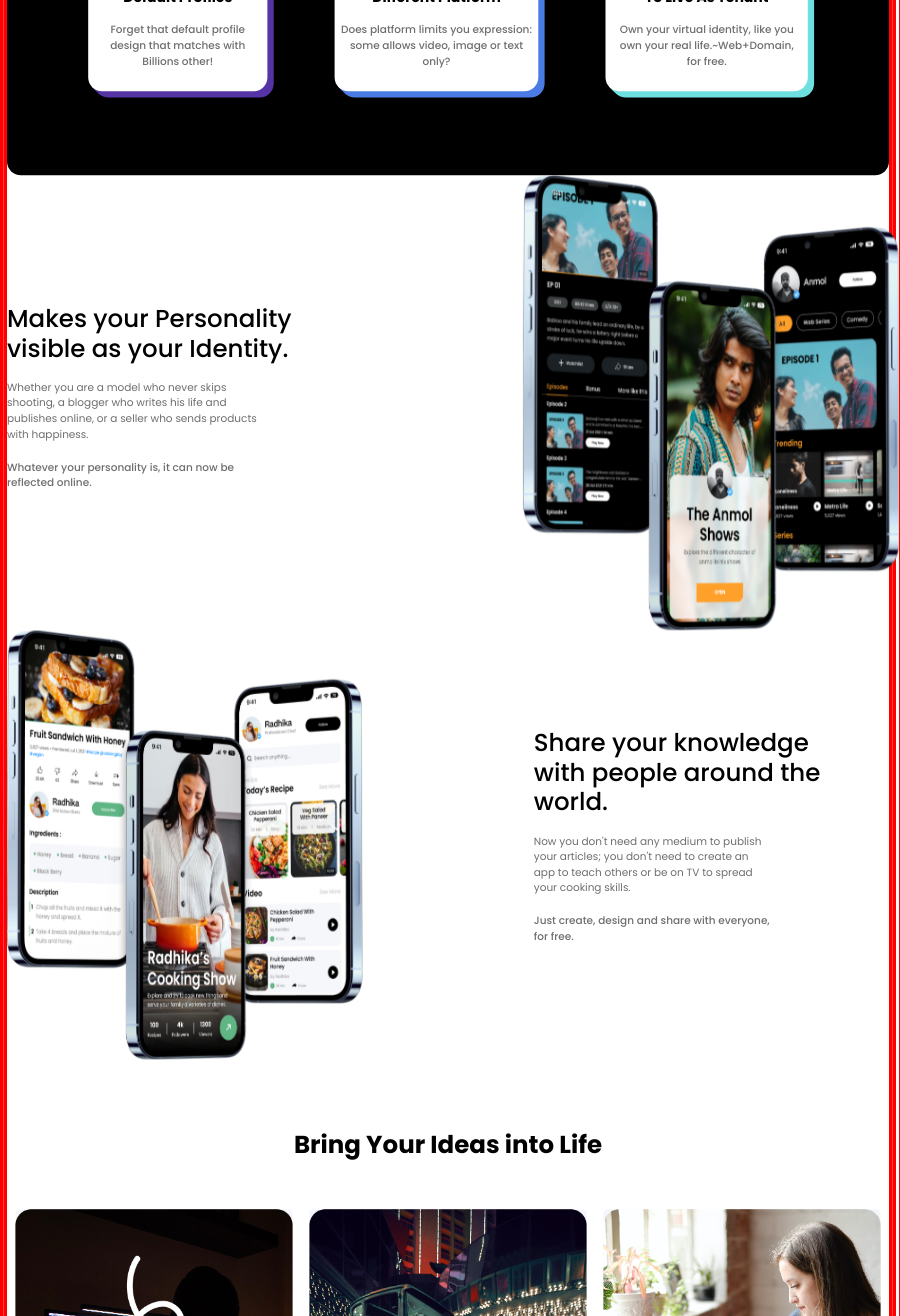
Repository: itsmesikandar/swavy.in.github.io
Page: index.html
These files come from the project's save history. The page is drawn as it stood at one moment and after the next save; the edit follows.
The browser window is 1280 px wide. The page is 1285 px wide, so the pictures cover 1285 px, including what lies to the right of the window. The pictures show the part of the page from y = 1209 to 3089 px (the page is 4958 px tall), at 70% of full size.

Above is the page before, as saved 2023-02-22 23:22:53.
Console error: TypeError: Cannot read properties of undefined (reading 'fn')

### index.html
<!DOCTYPE html>
<html lang="en">
<head>
  <title>Swavy</title>

  <meta charset="UTF-8">
  <meta name="viewport" content="width=device-width, initial-scale=1.0">
  <meta http-equiv="X-UA-Compatible" content="ie=edge">
  <link rel="stylesheet" href="vendors/owl-carousel/css/owl.carousel.min.css">
  <link rel="stylesheet" href="vendors/owl-carousel/css/owl.theme.default.css">
  <link rel="stylesheet" href="vendors/mdi/css/materialdesignicons.min.css">
  <link rel="stylesheet" href="vendors/aos/css/aos.css">
  <link rel="stylesheet" href="css/style.min.css">
  <link rel="stylesheet" href="css/style.css">
  <link rel="stylesheet"
        href="https://cdnjs.cloudflare.com/ajax/libs/OwlCarousel2/2.3.4/assets/owl.carousel.min.css"
        integrity="sha512-tS3S5qG0BlhnQROyJXvNjeEM4UpMXHrQfTGmbQ1gKmelCxlSEBUaxhRBj/EFTzpbP4RVSrpEikbmdJobCvhE3g=="
        crossorigin="anonymous" />
  <link rel="stylesheet"
        href="https://cdnjs.cloudflare.com/ajax/libs/OwlCarousel2/2.3.4/assets/owl.theme.default.min.css"
        integrity="sha512-sMXtMNL1zRzolHYKEujM2AqCLUR9F2C4/05cdbxjjLSRvMQIciEPCQZo++nk7go3BtSuK9kfa/s+a4f4i5pLkw=="
        crossorigin="anonymous" />

</head>
<body id="body" data-spy="scroll" data-target=".navbar" data-offset="100">
  <header id="header-section">
    <nav class="navbar navbar-expand-lg pl-3 pl-sm-0 py-4" id="navbar">
    <div class="container">
      <div class="navbar-brand-wrapper d-flex ">
        <h4 style="color:rgb(253, 81, 1); font-size: 18px;">#NotJustSocialMedia</h4>
      </div>
    </div>
    </nav>
  </header>
  <div class="banner" >
    <div class="container-fluid">
      <h1 class="font-weight-semibold margin-top" id="ht">Discover<br>The Best Form Of Yourself</h1>
      <h5 class="font-weight-normal text-muted pb-3">Where humans create themselves, not Platform.</h5>
      <img src="images/hero-img.png" alt="" class="img-fluid">
    </div>
  </div>
      <div class="content-wrapper border-to">
        <div class="container-fluid border-to">
          <section class="features-overview bg_color_first " id="features-section" >
            <!-- <div class="content-header">
              <h3><b>Bored seeing same profiles design?</b></h3>
              <h6 class="section-subtitle text-muted">Billions others too, What if i say<br>You can have your website as your social identity! for free.</h6>
            </div> -->

            <!-- <div class="contact-us" id="contact-section">
              <div class="container">
                <div class=" contact-upper" >
                  <div data-aos="fade-up">
                    <div class="col-12  offset-sm-3 col-sm-6 offset-sm-3 offset-lg-3 col-lg-6 offset-lg-3 ">
                      <form name="submit-to-google-sheet" id="myFormm">
                        <div class="">
                          <input type="email" placeholder="Enter your email address" />
                          <button type="submit" class="btn btn-danger r-20 font-weight-medium">Get Early Access</button>
                       </div>
                         <input type="email" name="Email" class="input-form-control r-20" id="Email" placeholder="Enter your email address">
                        <div class="pt-3">
                          <button type="submit" class="btn btn-danger r-20 font-weight-medium">Get Early Access</button>
                        </div>
                      </form>
                    </div>
                  </div>
                </div>
              </div>
            </div> -->

            <div class="content-header  ">
              <h4 class="section-subtitle color-white"><b>Where you can</b></h4>
              <h4 class="color-white"><b>Show what you are but better.</b></h4>
            </div>

            <div class="d-md-flex justify-content-between mx-5">
              <div class="grid-margin justify-content-center bg_color_white box-shadow-3d-a mx-5 px-2">
                <div class="features-width text-center py-3 pt-5">
                  <img src="images/nomore.png" width="100" height="100" alt="" class="img-icons">
                  <h5 class="py-3 font-weigh-sub">No More<br>Default Profiles</h5>
                  <p class="text-muted font-wt-p">Forget that default profile design that matches with Billions other!</p>
                </div>
              </div>
              <div class="grid-margin  justify-content-center bg_color_white box-shadow-3d-b mx-5 px-2">
                <div class="features-width text-center py-3 pt-5">
                  <img src="images/noplatform.jpg" width="100" height="100" alt="" class="img-icons">
                  <h5 class="py-3 font-weigh-sub">No Need Of<br>Different Platform</h5>
                  <p class="text-muted font-wt-p">Does platform limits you expression: some allows video, image or text only?
                  </p>
                </div>
              </div>
              <div class="grid-margin justify-content-center bg_color_white box-shadow-3d-c mx-5 px-2">
                <div class="features-width text-center py-3 pt-5">
                  <img src="images/tenent.png" width="100" height="100" alt="" class="img-icons">
                  <h5 class="py-3 font-weigh-sub">You No Need<br>To Live As Tenant</h5>
                  <p class="text-muted font-wt-p">Own your virtual identity, like you own your real life.~Web+Domain, for free.</p>
                </div>
              </div>
            </div>
          </section>


      <section class="digital-marketing-service" id="digital-marketing-section">

        <div class="row align-items-center">
          <div class="col-12 col-lg-7 grid-margin grid-margin-lg-0 align-left" data-aos="fade-right">
            <h2 class="m-0 ">Makes your Personality<br>visible as your Identity.</h2>
            <div class="col-lg-7 col-xl-6 p-0">
              <p class="py-4 m-0 text-muted">Whether you are a model who never skips shooting, a blogger who writes his life and publishes online, or a seller who sends products with happiness.</p>
              <p class="font-weight-medium text-muted">Whatever your personality is, it can now be reflected online.</p>
            </div>
          </div>
          <div class="col-12 col-lg-5 p-0 img-digital grid-margin grid-margin-lg-0" data-aos="fade-left">
            <div class="carousel slide" data-ride="carousel">
              <div class="carousel-inner">
                <div class="carousel-item active">
                  <img src="images/vlog.png" alt="" class="img-fluid d-block w-100">
                </div>
                <div class="carousel-item ">
                  <img src="images/show.png" alt="" class="img-fluid d-block w-100">
                </div>
                <div class="carousel-item ">
                  <img src="images/podcast.png" alt="" class="img-fluid d-block w-100">
                </div>
                <div class="carousel-item ">
                  <img src="images/sell.png" alt="" class="img-fluid d-block w-100">
                </div>
              </div>
            </div>
          </div>
        </div>
        <div class="row align-items-center">
          <div class="col-12 col-lg-5 text-center flex-item grid-margin" data-aos="fade-right">
            <div class="carousel slide" data-ride="carousel">
              <div class="carousel-inner">
                <div class="carousel-item active">
                  <img src="images/class.png" alt="" class="img-fluid d-block w-100">
                </div>
                <div class="carousel-item ">
                  <img src="images/radhika.png" alt="" class="img-fluid d-block w-100">
                </div>
                <div class="carousel-item ">
                  <img src="images/news.png" alt="" class="img-fluid d-block w-100">
                </div>
              </div>
            </div>
          </div>
          <div class="col-12 offset-lg-2 col-lg-5 flex-item grid-margin align-left data-aos="fade-left">
            <h2 class="m-0 ">Share your knowledge<br> with people around the world.</h2>
            <div class="col-lg-9 col-xl-8 p-0">
              <p class="py-4 m-0 text-muted">Now you don't need any medium to publish your articles; you don't need to create an app to teach others or be on TV to spread your cooking skills.</p>
              <p class="pb-2 font-weight-medium text-muted">Just create, design and share with everyone, for free.</p>
            </div>
          </div>
        </div>
      </section>

      <section class="customer-feedback" id="feedback-section">
        <div class="row">
          <div class="col-12 text-center pb-5">
            <h2><b>Bring Your Ideas into Life</b></h2>
          </div>

          <div class="col-12 m-auto">
            <div class="owl-carousel owl-theme grid-margin">
              <div class="card customer-cards">
                <img src="images/educator.png"  alt="" >
              </div>
              <div class="card customer-cards">
                <img src="images/creator.png"  alt="" >
              </div>
              <div class="card customer-cards">
                <img src="images/model.png"  alt="" >
              </div>
              <div class="card customer-cards">
                <img src="images/writer.png"  alt="" >
              </div>
            </div>
          </div>
        </div>
      </section>

      <section class="case-studies" id="case-studies-section">
        <div class="row ">
          <div class="col-12 text-center pb-5">
            <h2><b>Be the human that exist in real world.</b></h2>
          </div>
          <div class="col-12 col-md-6 col-lg-4 stretch-card mb-3 mb-lg-3" data-aos="zoom-in">
            <div class="card customer-cards">
              <div class="card-body">
                <div class="text-center">
                  <img src="images/ticket.png" width="100" height="100" alt="" class="img-customer">
                  <div class="content-divider m-auto"></div>
                  <h6 class="card-title pt-3">Get your tickets</h6>
                  <p class="m-0 py-3 text-muted">Get onboard and experience to own yourself on Internet. Either get an invite from friend or Join the waitlist to early access.</p>
                </div>
              </div>
            </div>
          </div>
          <div class="col-12 col-md-6 col-lg-4 stretch-card mb-3 mb-lg-3" data-aos="zoom-in" data-aos-delay="200">
            <div class="card customer-cards">
              <div class="card-body">
                <div class="text-center">
                  <img src="images/create.jpg" width="100" height="100" alt="" class="img-customer">
                  <div class="content-divider m-auto"></div>
                  <h6 class="card-title pt-3">Create yourself</h6>
                  <p class="m-0 py-3 text-muted">Describe your personality, Enter your content and get yourself an identity which is as unique as you out of Billions.</p>
                </div>
              </div>
            </div>
          </div>
          <div class="col-12 col-md-6 col-lg-4 stretch-card mb-3 mb-lg-3" data-aos="zoom-in" data-aos-delay="400">
            <div class="card customer-cards">
              <div class="card-body">
                <div class="text-center">
                  <img src="images/design.jpg" width="100" height="100" alt="" class="img-customer">
                  <div class="content-divider m-auto"></div>
                  <h6 class="card-title pt-3">Design your personality</h6>
                  <p class="m-0 py-3 text-muted">Find your style in our templates curate your content and done. If not satisfy can change font/size/color/layout as your wish.</p>
                </div>
              </div>
            </div>
          </div>
          <div class="col-12 col-md-6 col-lg-4 stretch-card mb-3 mb-lg-3" data-aos="zoom-in" data-aos-delay="600">
            <div class="card customer-cards">
              <div class="card-body">
                <div class="text-center">
                  <img src="images/own.jpg" width="100" height="100" alt="" class="img-customer">
                  <div class="content-divider m-auto"></div>
                  <h6 class="card-title pt-3">Own your identity</h6>
                  <p class="m-0 py-3 text-muted">Get your online presence in your hand, link it with domain, for free* and let yourself be discovered on the Internet.</p>
                </div>
              </div>
            </div>
          </div>
          <div class="col-12 col-md-6 col-lg-4 stretch-card mb-3 mb-lg-3" data-aos="zoom-in" data-aos-delay="400">
            <div class="card customer-cards">
              <div class="card-body">
                <div class="text-center">
                  <img src="images/friends.jpg" width="100" height="100" alt="" class="img-customer">
                  <div class="content-divider m-auto"></div>
                  <h6 class="card-title pt-3">Meet your friends</h6>
                  <p class="m-0 py-3 text-muted">Where you are not just a profile but individual. Who can chat and stay in touch with your friends while being what you are and what you think.</p>
                </div>
              </div>
            </div>
          </div>
          <div class="col-12 col-md-6 col-lg-4 stretch-card mb-3 mb-lg-3" data-aos="zoom-in" data-aos-delay="600">
            <div class="card customer-cards">
              <div class="card-body">
                <div class="text-center">
                  <img src="images/goalive.png" width="100" height="100" alt="" class="img-customer">
                  <div class="content-divider m-auto"></div>
                  <h6 class="card-title pt-3">No profiles just you!</h6>
                  <p class="m-0 py-3 text-muted">Whether a writer or a model, now you have your own ground which you created - a Website. Just share with your friends and play together in the world you own.</p>
                </div>
              </div>
            </div>
          </div>
        </div>
      </section>
    </div>

    <section class="contact-us" id="contact-section">
      <div class="container">
        <div class="contact-us-bgimage grid-margin " >
          <div class="pb-4">
            <h3 class="px-3 px-md-0 m-0 fw" data-aos="fade-down">Invited Members Can Only Access!<br>Join Our Waitlist.</h3>
          </div>
          <div data-aos="fade-up">
            <div class="col-12  offset-sm-3 col-sm-6 offset-sm-3 offset-lg-4 col-lg-4 offset-lg-4 ">
              <form name="submit-to-google-sheet" id="myForm">
                <input type="email" name="Email" class="input-form-control r-20" id="Email" placeholder="Email id">
                <div class="pt-3">
                  <button type="submit" class="btn btn-danger font-weight-medium r-20">Get Early Access</button>
                </div>
              </form>
            </div>
          </div>
        </div>
      </div>
    </section>
  </div>

  <script>
       !function(){var analytics=window.analytics=window.analytics||[];if(!analytics.initialize)if(analytics.invoked)window.console&&console.error&&console.error("Segment snippet included twice.");else{analytics.invoked=!0;analytics.methods=["trackSubmit","trackClick","trackLink","trackForm","pageview","identify","reset","group","track","ready","alias","debug","page","once","off","on","addSourceMiddleware","addIntegrationMiddleware","setAnonymousId","addDestinationMiddleware"];analytics.factory=function(e){return function(){var t=Array.prototype.slice.call(arguments);t.unshift(e);analytics.push(t);return analytics}};for(var e=0;e<analytics.methods.length;e++){var key=analytics.methods[e];analytics[key]=analytics.factory(key)}analytics.load=function(key,e){var t=document.createElement("script");t.type="text/javascript";t.async=!0;t.src="https://cdn.segment.com/analytics.js/v1/" + key + "/analytics.min.js";var n=document.getElementsByTagName("script")[0];n.parentNode.insertBefore(t,n);analytics._loadOptions=e};analytics._writeKey="sy1jEkZRdvqaCf5dOWhj4yyXbsgHlnL4";;analytics.SNIPPET_VERSION="4.15.3";
        analytics.load("sy1jEkZRdvqaCf5dOWhj4yyXbsgHlnL4");
        analytics.page();
        }}();


    const scriptURL = 'https://script.google.com/macros/s/AKfycbxXpgQgQMZqhFNl4IiDehqWTr5-PkKsvUA7oIWJAg1q1VEVA7wHIRvszY07XR8cTBPduQ/exec'
    const form = document.forms['submit-to-google-sheet']
    //const formm = document.forms['submit-to-google-sheet']
    const fr = document.getElementById("myForm")
    //const frr = document.getElementById("myFormm")

    // formm.addEventListener('submit', e => {
    //   e.preventDefault()
    //   fetch(scriptURL, { method: 'POST', body: new FormData(formm)})
    //     .then(response =>
    //     frr.reset())
    //     .catch(error => console.error('Error###', error.message))
    // })

    form.addEventListener('submit', e => {
      e.preventDefault()
      fetch(scriptURL, { method: 'POST', body: new FormData(form)})
        .then(response =>
        fr.reset())
        .catch(error => console.error('Error!!!!!!', error.message))
    })

  </script>
  <script src="https://cdnjs.cloudflare.com/ajax/libs/OwlCarousel2/2.3.4/owl.carousel.min.js"
  integrity="sha512-bPs7Ae6pVvhOSiIcyUClR7/q2OAsRiovw4vAkX+zJbw3ShAeeqezq50RIIcIURq7Oa20rW2n2q+fyXBNcU9lrw=="
  crossorigin="anonymous"></script>
  <script src="vendors/jquery/jquery.min.js"></script>
  <script src="vendors/bootstrap/bootstrap.min.js"></script>
  <script src="vendors/owl-carousel/js/owl.carousel.min.js"></script>
  <script src="vendors/aos/js/aos.js"></script>
  <script src="js/landingpage.js"></script>
</body>
</html>

### js/landingpage.js
// HEADER ANIMATION
window.onscroll = function() {scrollFunction()};
var element = document.getElementById("body");
function scrollFunction() {
  if (document.body.scrollTop > 400 || document.documentElement.scrollTop > 400) {
      $(".navbar").addClass("fixed-top");
      element.classList.add("header-small");
      $("body").addClass("body-top-padding");

  } else {
      $(".navbar").removeClass("fixed-top");
      element.classList.remove("header-small");
      $("body").removeClass("body-top-padding");
  }
}

// OWL-CAROUSAL
$('.owl-carousel').owlCarousel({
    items: 3,
    loop:true,
    nav:false,
    dot:true,
    autoplay: true,
    slideTransition: 'linear',
    autoplayHoverPause: true,
    responsive:{
      0:{
          items:1
      },
      600:{
          items:2
      },
      1000:{
          items:3
      }
  }
})

// SCROLLSPY
$(document).ready(function() {
  $(".nav-link").click(function() {
      var t = $(this).attr("href");
      $("html, body").animate({
          scrollTop: $(t).offset().top - 75
      }, {
          duration: 1000,
      });
      $('body').scrollspy({ target: '.navbar',offset: $(t).offset().top });
      return false;
  });

});

// AOS
AOS.init({
    offset: 120,
    delay: 0,
    duration: 1200,
    easing: 'ease',
    once: true,
    mirror: false,
    anchorPlacement: 'top-bottom',
    disable: "mobile"
  });

//SIDEBAR-OPEN
  $('#navbarSupportedContent').on('hidden.bs.collapse', function () {
    $("body").removeClass("sidebar-open");
  })

  $('#navbarSupportedContent').on('shown.bs.collapse', function () {
    $("body").addClass("sidebar-open");
  })


  window.onresize = function() {
    var w = window.innerWidth;
    if(w>=992) {
      $('body').removeClass('sidebar-open');
      $('#navbarSupportedContent').removeClass('show');
    }
  }

Loaded but not shown: vendors/owl-carousel/css/owl.carousel.min.css (library); vendors/owl-carousel/css/owl.theme.default.css (common file); vendors/mdi/css/materialdesignicons.min.css (library); vendors/aos/css/aos.css (library); css/style.min.css (library); css/style.css (library); vendors/jquery/jquery.min.js (library); vendors/bootstrap/bootstrap.min.js (library); vendors/owl-carousel/js/owl.carousel.min.js (library); vendors/aos/js/aos.js (library)

After the next save:
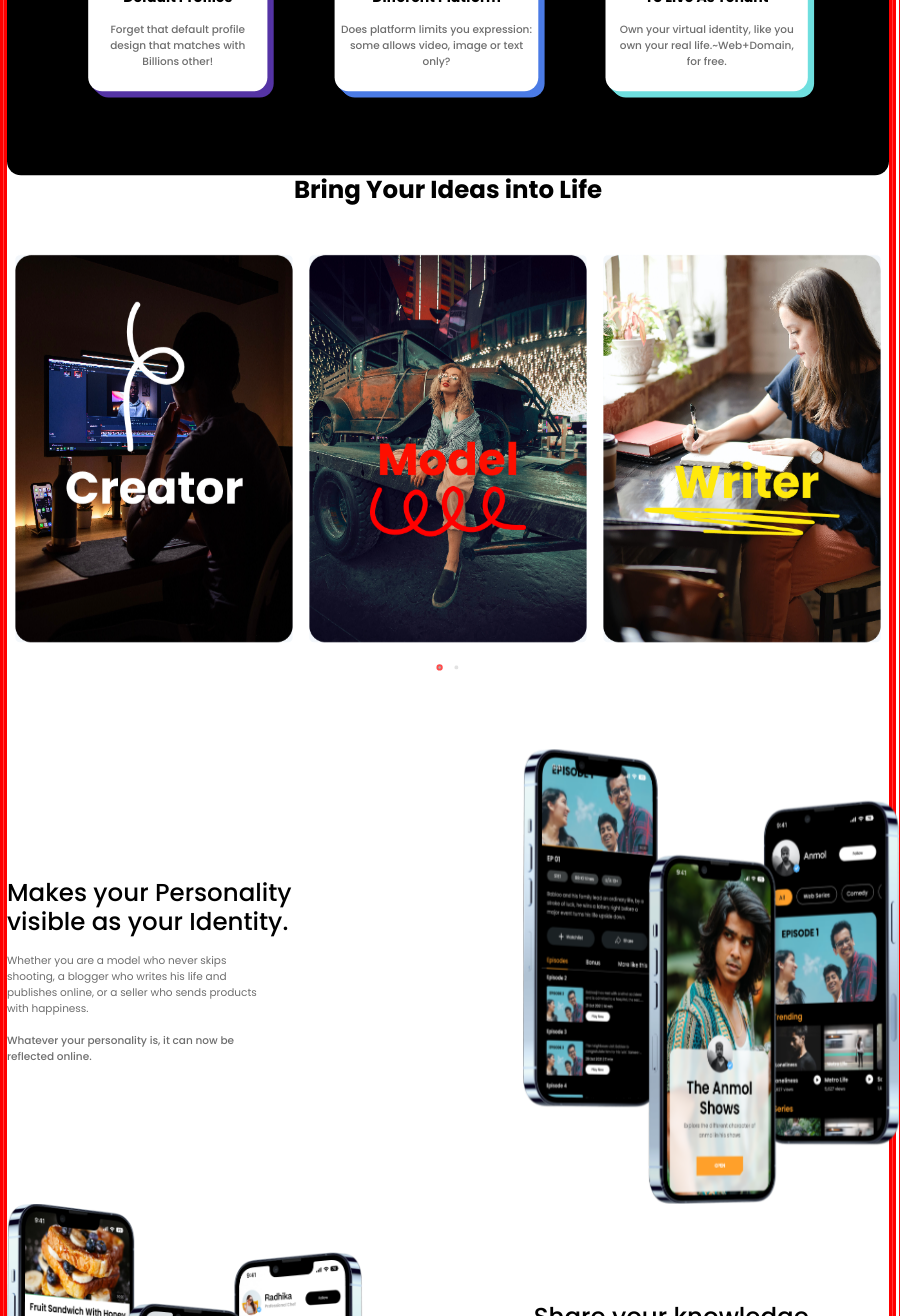
Saved 117 s later.
--- a/index.html
+++ b/index.html
@@ -100,6 +100,32 @@
           </section>
 
 
+          <section class="customer-feedback" id="feedback-section">
+            <div class="row">
+              <div class="col-12 text-center pb-5">
+                <h2><b>Bring Your Ideas into Life</b></h2>
+              </div>
+
+              <div class="col-12 m-auto">
+                <div class="owl-carousel owl-theme grid-margin">
+                  <div class="card customer-cards">
+                    <img src="images/educator.png"  alt="" >
+                  </div>
+                  <div class="card customer-cards">
+                    <img src="images/creator.png"  alt="" >
+                  </div>
+                  <div class="card customer-cards">
+                    <img src="images/model.png"  alt="" >
+                  </div>
+                  <div class="card customer-cards">
+                    <img src="images/writer.png"  alt="" >
+                  </div>
+                </div>
+              </div>
+            </div>
+          </section>
+
+
       <section class="digital-marketing-service" id="digital-marketing-section">
 
         <div class="row align-items-center">
@@ -155,30 +181,7 @@
         </div>
       </section>
 
-      <section class="customer-feedback" id="feedback-section">
-        <div class="row">
-          <div class="col-12 text-center pb-5">
-            <h2><b>Bring Your Ideas into Life</b></h2>
-          </div>
-
-          <div class="col-12 m-auto">
-            <div class="owl-carousel owl-theme grid-margin">
-              <div class="card customer-cards">
-                <img src="images/educator.png"  alt="" >
-              </div>
-              <div class="card customer-cards">
-                <img src="images/creator.png"  alt="" >
-              </div>
-              <div class="card customer-cards">
-                <img src="images/model.png"  alt="" >
-              </div>
-              <div class="card customer-cards">
-                <img src="images/writer.png"  alt="" >
-              </div>
-            </div>
-          </div>
-        </div>
-      </section>
+
 
       <section class="case-studies" id="case-studies-section">
         <div class="row ">
